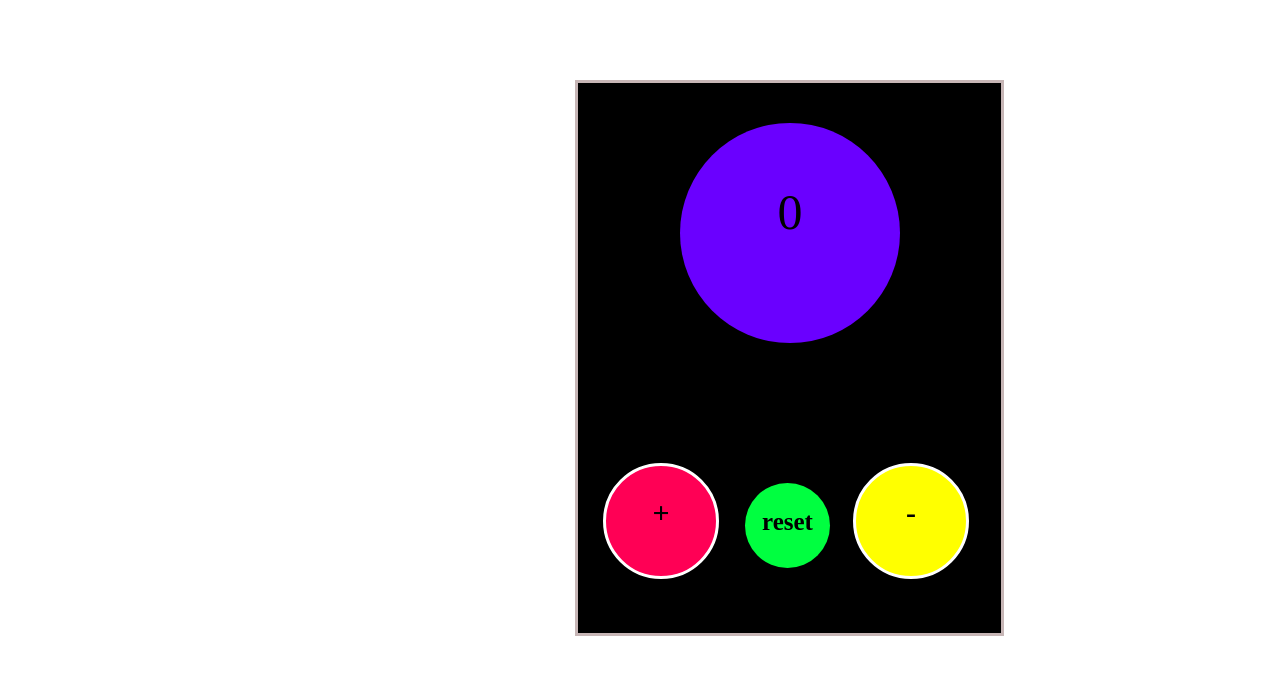
Repository: sara55m/Counter_App
Page: index.html
These files come from the project's save history. The page is drawn as it stood at one moment and after the next save; the edit follows.
The browser window is 1280 px wide. The pictures show the whole page.

Above is the page before, as saved 2024-07-31 17:59:17.

After the next save:
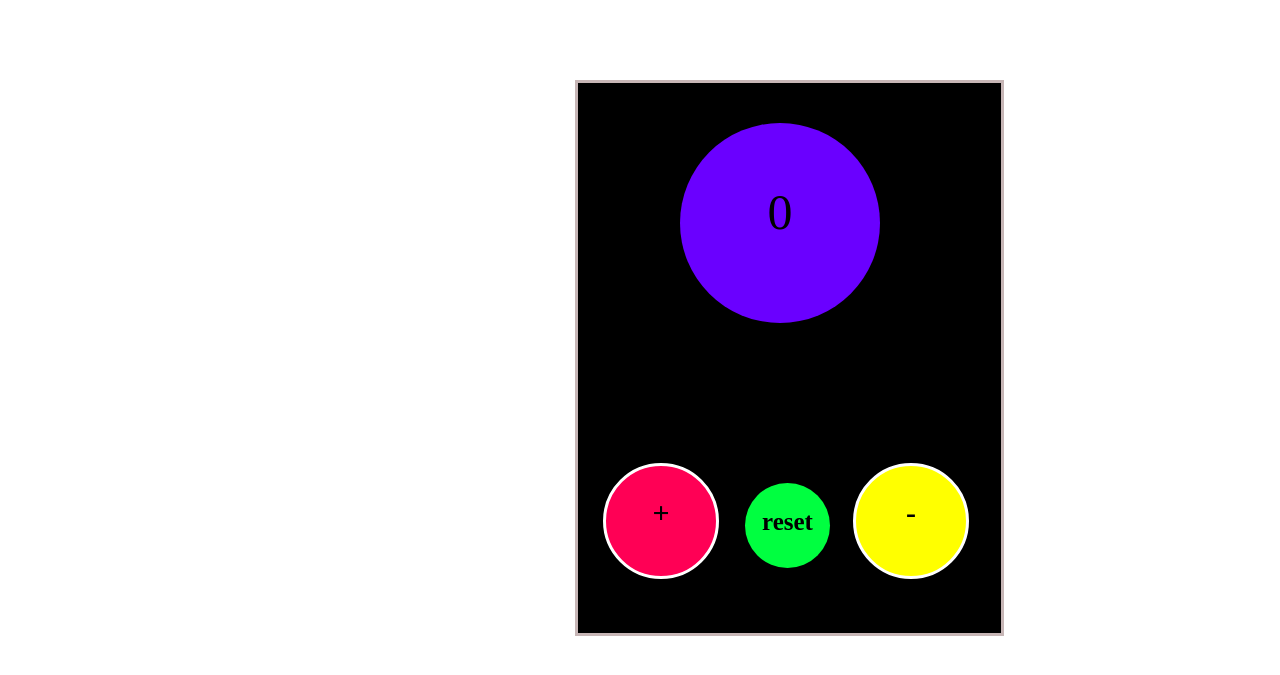
Saved 49 s later.
--- a/css/style.css
+++ b/css/style.css
@@ -16,8 +16,8 @@ p.one{
     position:absolute;
     top:40px;
     left:102px;
-    height:200px;
-    width:200px;
+    height:180px;
+    width:180px;
     border-radius: 50%;
     background-color: rgb(106, 0, 255);
     text-align: center;
